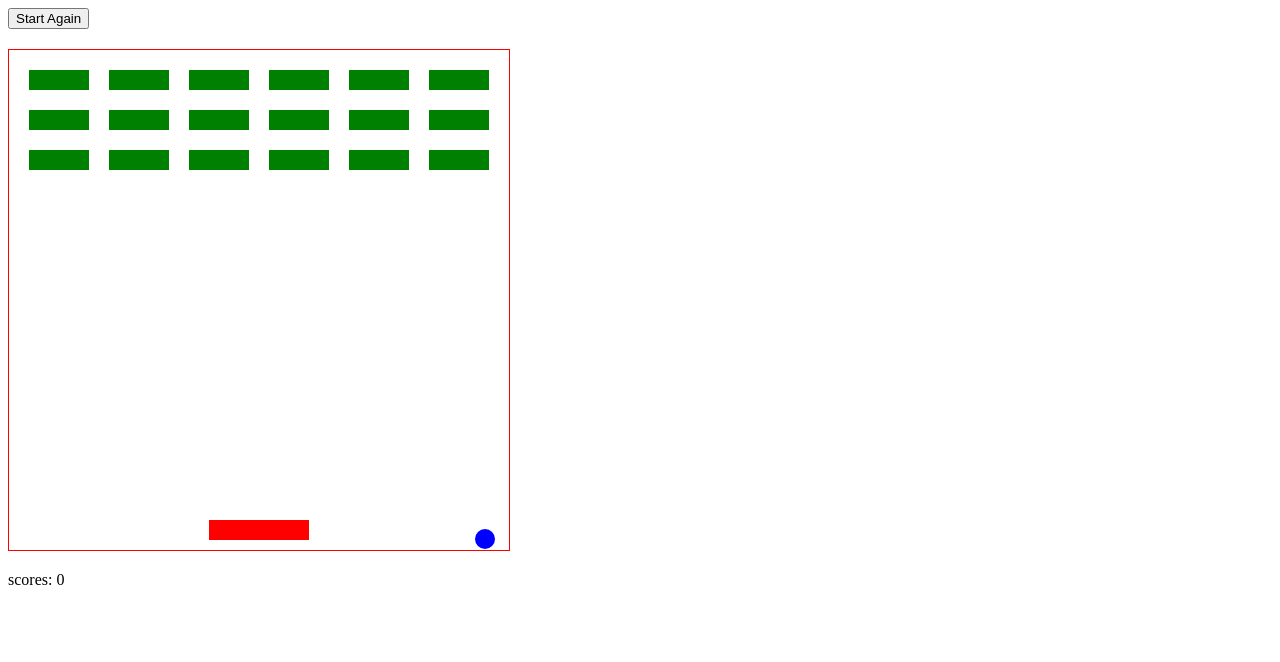
Repository: huynhsang96/CaseJS
Page: Demo_case/index.html
An editor plug-in stored every save of this project. The page is shown before and after the next save, followed by the edit.
The browser window is 1280 px wide. The pictures show the whole page.

Above is the page before, as saved 2022-02-20 12:44:43.

After the next save:
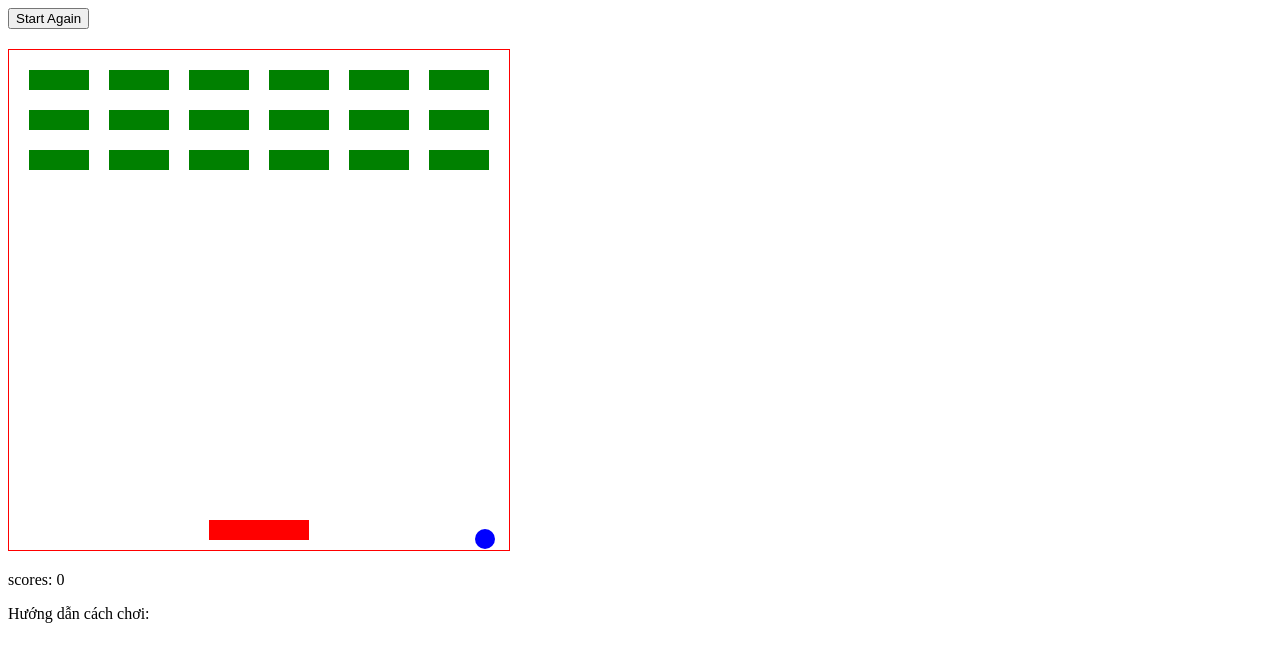
Saved 106 min 37 s later.
--- a/Demo_case/index.html
+++ b/Demo_case/index.html
@@ -23,6 +23,7 @@
         </div>
         <div>
             <p>scores: <span class="scores">0</span></p>
+            <p>Hướng dẫn cách chơi:</p>
         </div>
     </div>
 
